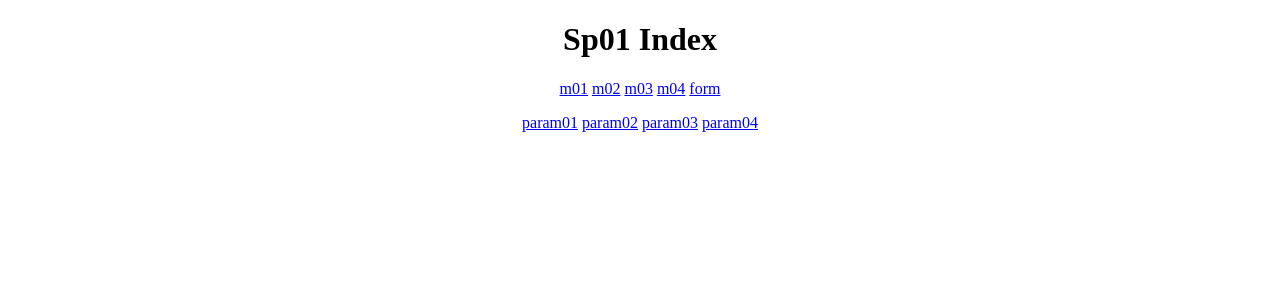
Repository: cksdnr3/springMVC
Page: http://localhost/Sp01/
An editor plug-in stored every save of this project. The page is shown before and after the next save, followed by the edit.
The browser window is 1280 px wide. The pictures show the whole page.
The page is served by Tomcat 9.

Above is the page before, as saved 2021-04-06 02:44:07.

After the next save:
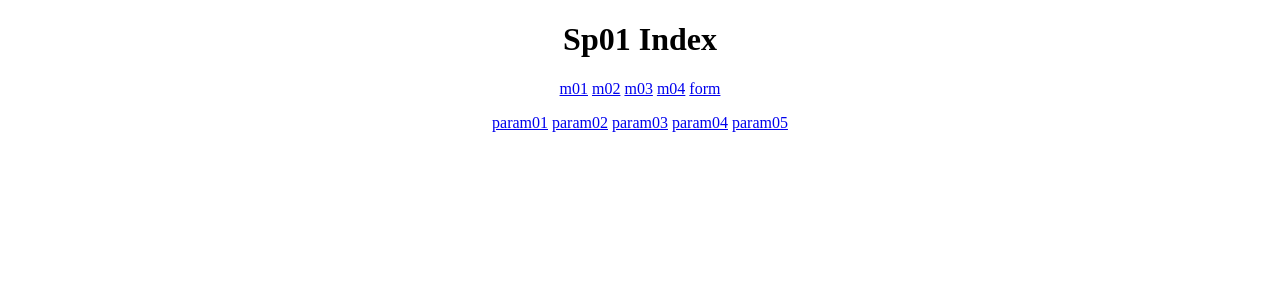
Saved 26 s later.
--- a/Sp01/src/main/webapp/WEB-INF/views/index.jsp
+++ b/Sp01/src/main/webapp/WEB-INF/views/index.jsp
@@ -22,6 +22,7 @@
 	<a href="test/param2?name=노찬욱 &age=26">param02</a>
 	<a href="test/param3?names=노찬욱 &names=류슬기&names=이정현">param03</a>
 	<a href="test/param4?ns=노찬욱 &ns=류슬기&ns=이정현">param04</a>
+	<a href="test/param5?ns=노찬욱 &ns=류슬기&ns=이정현">param05</a>
 	</p>
 </body>
 </html>
